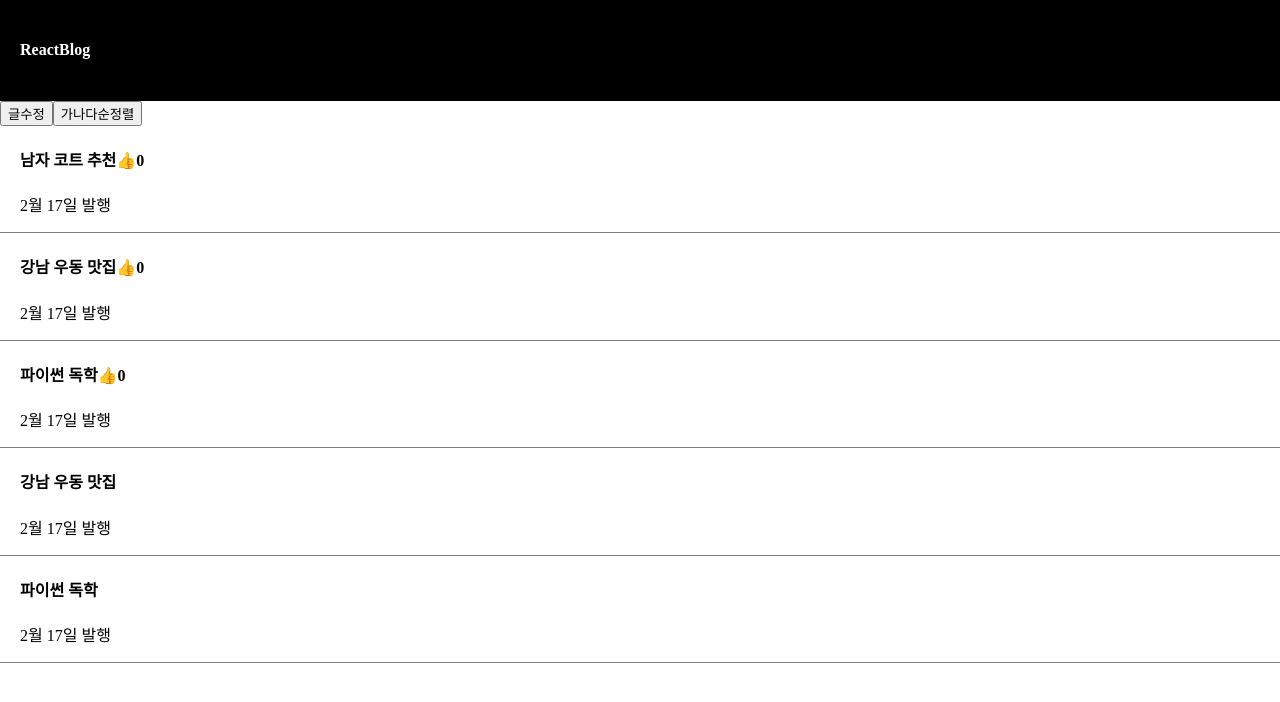
Repository: thinkseaweave/applecoding
Page: /
These files come from the project's save history. The page is drawn as it stood at one moment and after the next save; the edit follows.
The browser window is 1280 px wide. The pictures show the whole page.
The project was rebuilt for these pictures with package versions that can differ from the ones it lists, and the page was loaded fresh each time. Also part of the build but not shown: vite.config.js, src/index.css.

Above is the page before, as saved 2025-01-29 11:26:55.

After the next save:
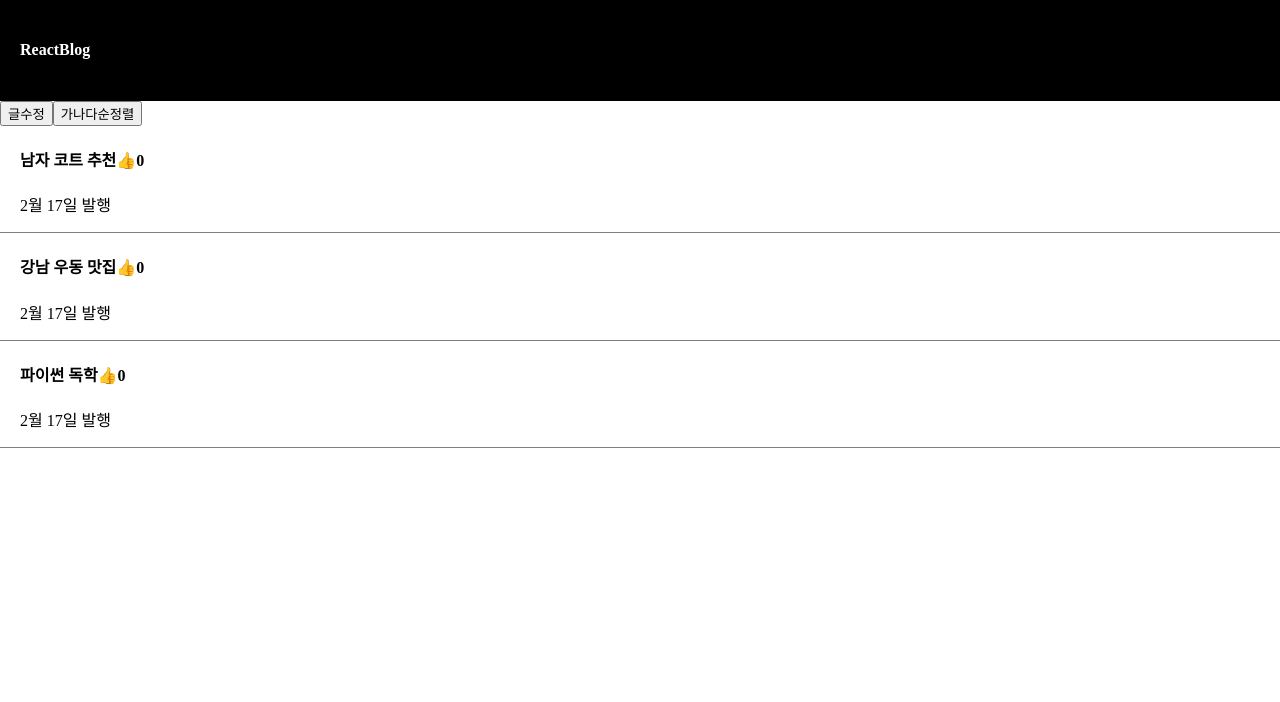
Saved 16 s later.
--- a/src/App.jsx
+++ b/src/App.jsx
@@ -60,26 +60,6 @@ function App() {
         );
       })}
 
-      <div className="list">
-        <h4
-          onClick={() => {
-            setModal(!modal);
-          }}
-        >
-          {글제목[1]}
-        </h4>
-        <p> 2월 17일 발행</p>
-      </div>
-      <div className="list">
-        <h4
-          onClick={() => {
-            setModal(!modal);
-          }}
-        >
-          {글제목[2]}
-        </h4>
-        <p> 2월 17일 발행</p>
-      </div>
       {
         //조건식 ? 참일 때 실행할 코드 : 거짓일 때 실행할 코드
         modal === true ? <Modal /> : null
